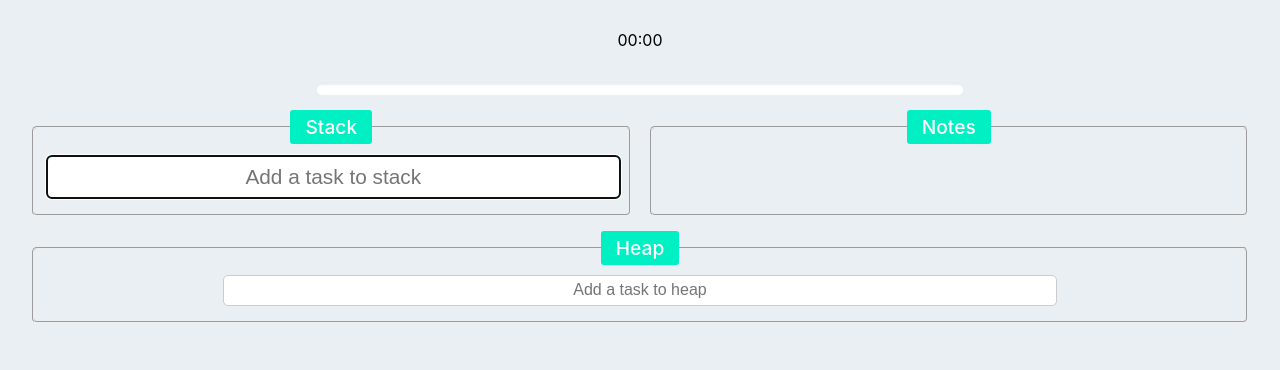
Repository: litalsh/Meeting-Managment-App
Page: /
An editor plug-in stored every save of this project. The page is shown before and after the next save, followed by the edit.
The browser window is 1280 px wide. The pictures show the whole page.
The project was rebuilt for these pictures with package versions that can differ from the ones it lists, and the page was loaded fresh each time. Also part of the build but not shown: src/components/Task/Task.css, src/components/Task/Task.js.

Above is the page before, as saved 2021-01-11 12:00:42.

After the next save:
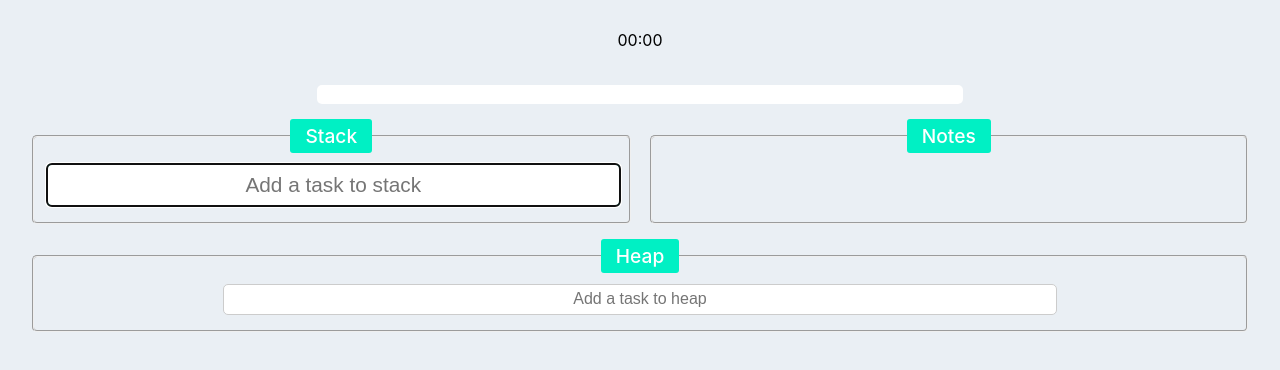
Saved 52 s later.
--- a/src/components/CurrentTask/CurrentTask.css
+++ b/src/components/CurrentTask/CurrentTask.css
@@ -15,7 +15,7 @@
   margin-top: 10px;
 }
 
-.current-timer > h3 {
+.current-timer > h4 {
   margin: 0;
 }
 

After the save that followed:
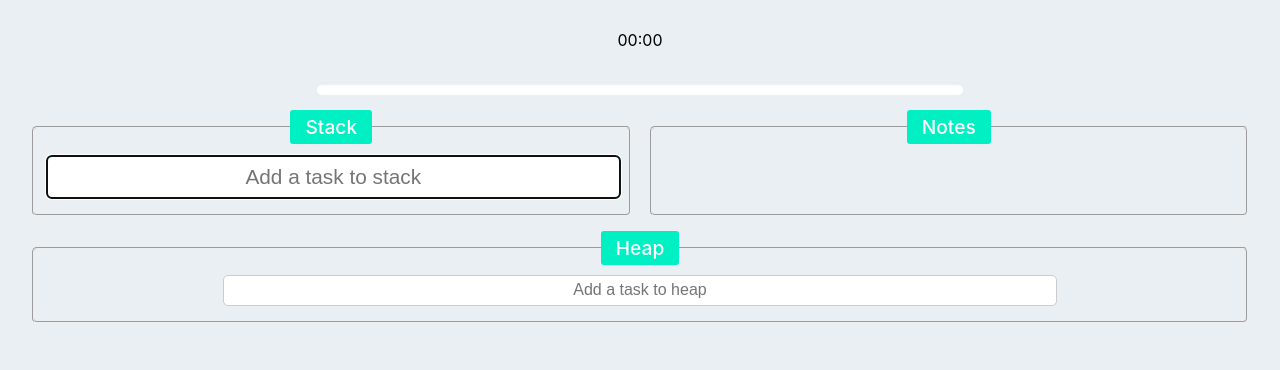
Saved 10 s later.
--- a/src/components/CurrentTask/CurrentTask.js
+++ b/src/components/CurrentTask/CurrentTask.js
@@ -30,7 +30,7 @@ const CurrentTask = () => {
 
   return (
     <div className='current-task-container'>
-      <div className='current-timer'><h3>{stack[0] !== undefined ? (taskExists()) : null}</h3></div>
+      <div className='current-timer'><h4>{stack[0] !== undefined ? (taskExists()) : null}</h4></div>
       <div className='current-title'><h1>{stack[0] !== undefined ? stack[stack.length - 1].topic : null}</h1></div>
     </div>
   );
